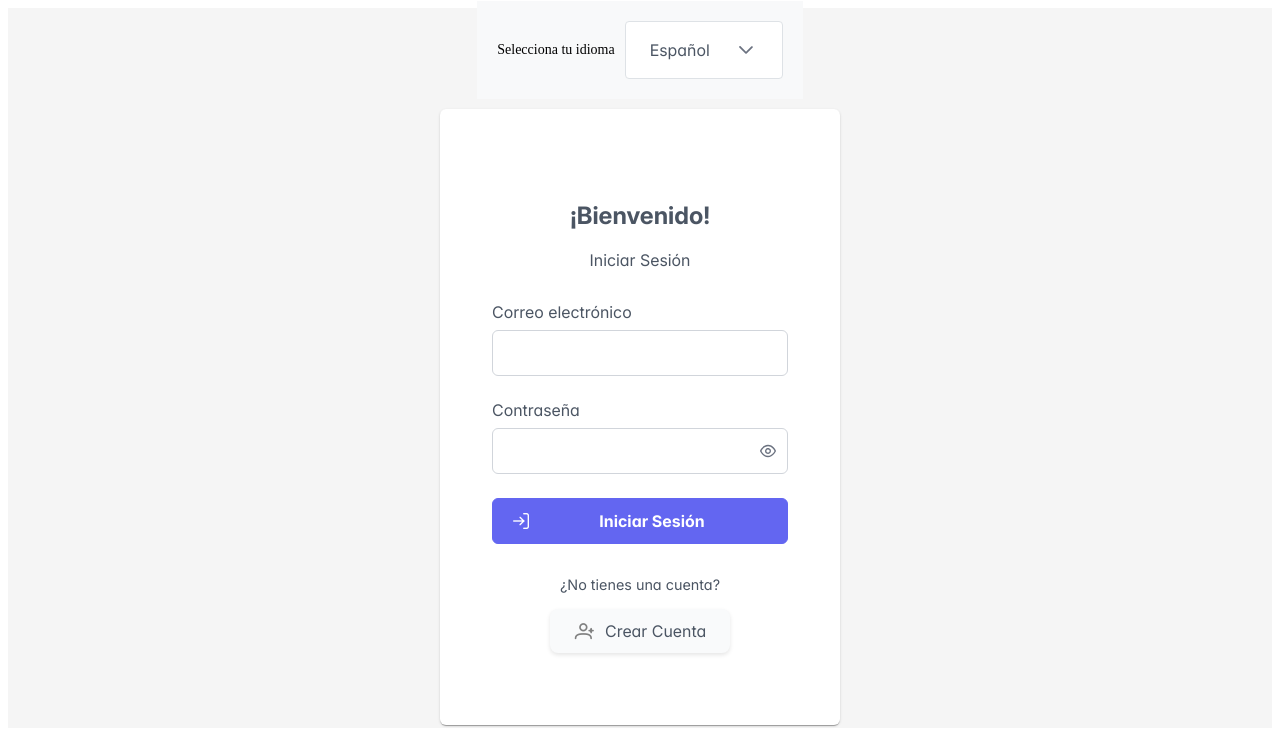
Repository: nder1996/Info_Colombia
Page: /GestionTareas (app in fronted/gestion-tareas/)
These files come from the project's save history. The page is drawn as it stood at one moment and after the next save; the edit follows.
The browser window is 1280 px wide. The pictures show the whole page.
The project was rebuilt for these pictures with package versions that can differ from the ones it lists, and the page was loaded fresh each time. Also part of the build but not shown: fronted/gestion-tareas/src/components/gestion-tareas/GestionTareas.css, fronted/gestion-tareas/src/services/GestionTareasService.ts, fronted/gestion-tareas/src/services/SummaryServices.ts, fronted/gestion-tareas/src/services/UsuarioService.ts, fronted/gestion-tareas/src/services/WebSocketService.ts, fronted/gestion-tareas/src/hooks/useNotifications.ts, fronted/gestion-tareas/src/components/gestion-tareas/GestionTareas.tsx, fronted/gestion-tareas/src/components/Registrarse/Registrarse.tsx.

Above is the page before, as saved 2025-02-24 03:08:27.

After the next save:
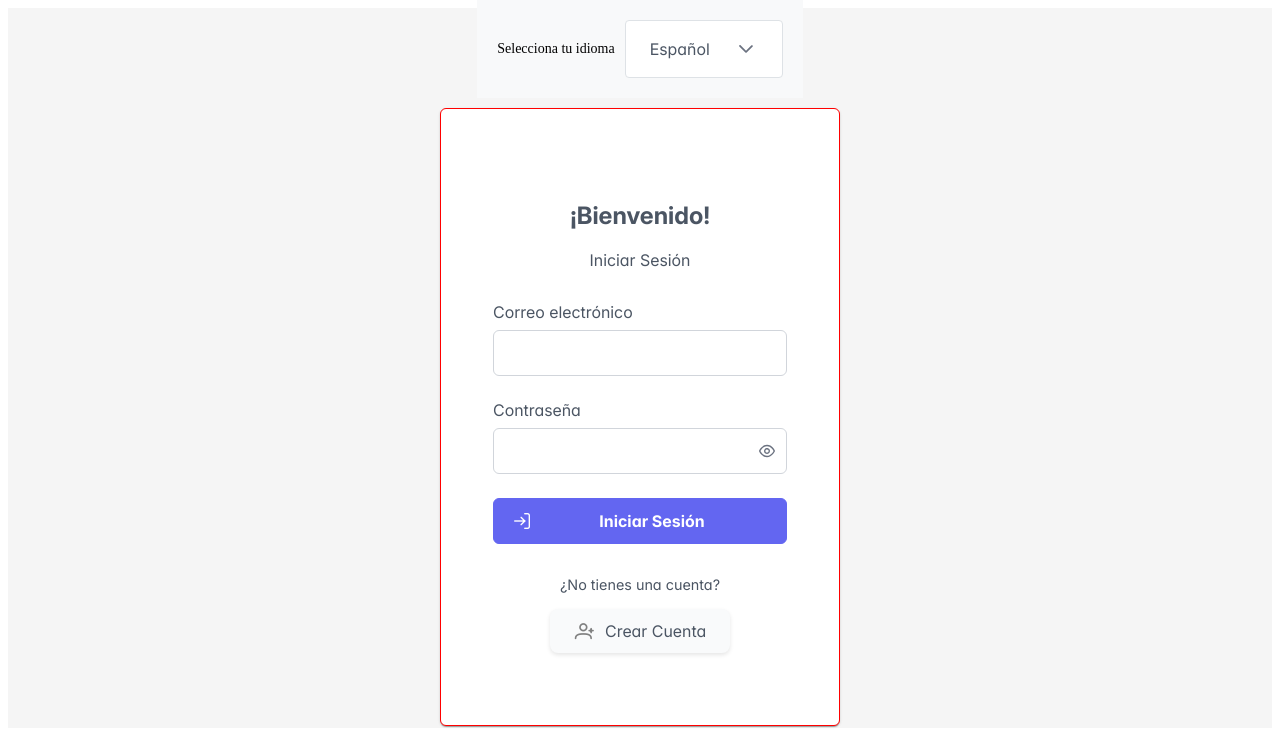
Saved 11 s later.
--- a/fronted/gestion-tareas/src/components/InicioSession/InicioSession.css
+++ b/fronted/gestion-tareas/src/components/InicioSession/InicioSession.css
@@ -12,6 +12,7 @@
   width: 550px !important;
   padding: 1rem;
   margin: 10px !important;
+  border: 1px solid red !important;
 }
 
 .login-header {

After the 5 saves that followed:
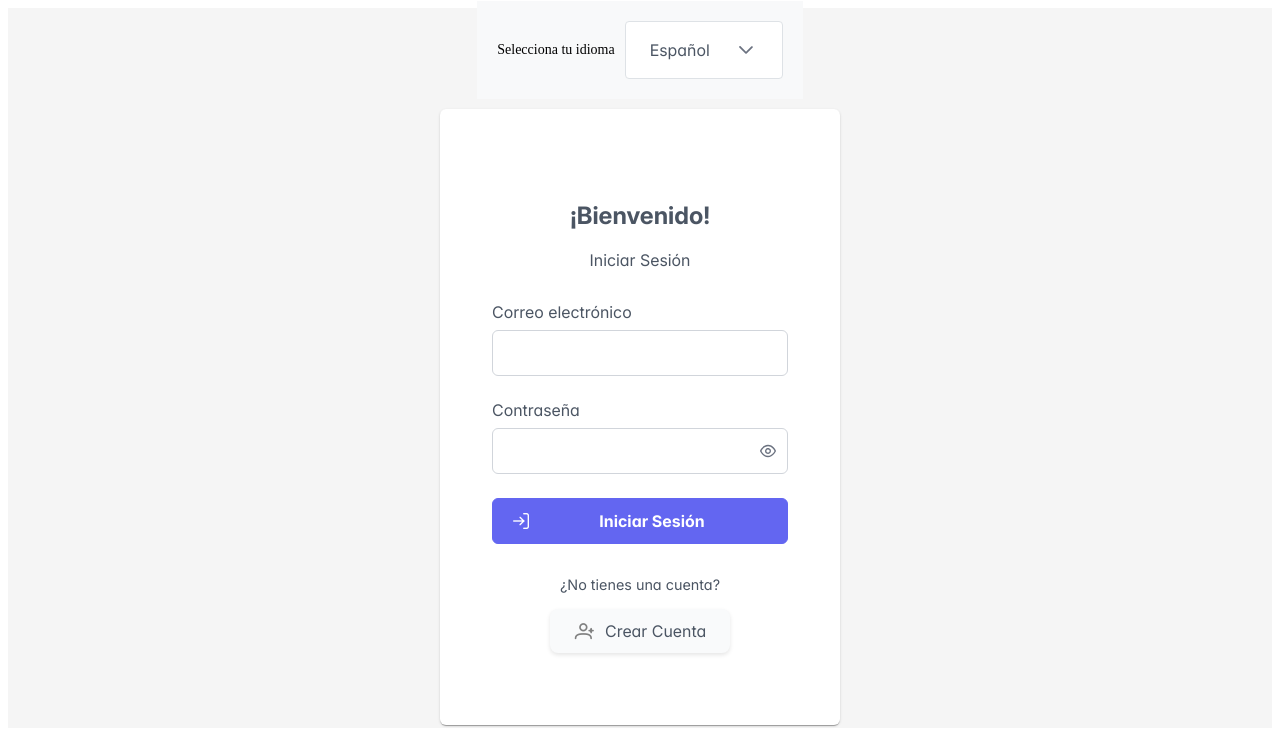
The 5 saves are shown as one change because 4 left the picture as it was.
The last was saved 47 s later.
--- a/fronted/gestion-tareas/src/components/InicioSession/InicioSession.css
+++ b/fronted/gestion-tareas/src/components/InicioSession/InicioSession.css
@@ -12,7 +12,6 @@
   width: 550px !important;
   padding: 1rem;
   margin: 10px !important;
-  border: 1px solid red !important;
 }
 
 .login-header {
